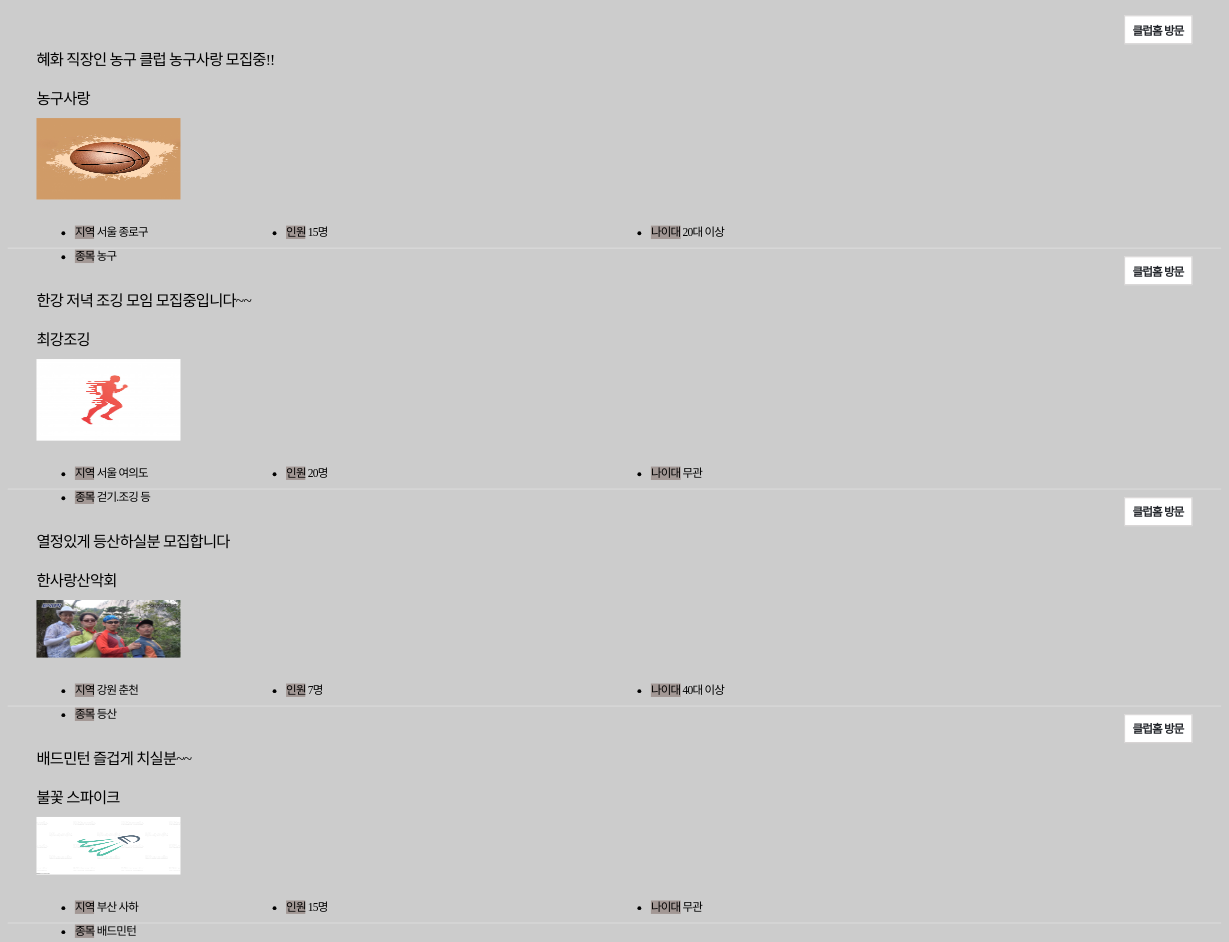
Repository: jaemin333/study
Page: club.html
These files come from the project's save history. The page is drawn as it stood at one moment and after the next save; the edit follows.
The browser window is 1280 px wide. The pictures show the whole page, at 96% of full size.

Above is the page before, as saved 2021-07-02 02:39:18.

After the next save:
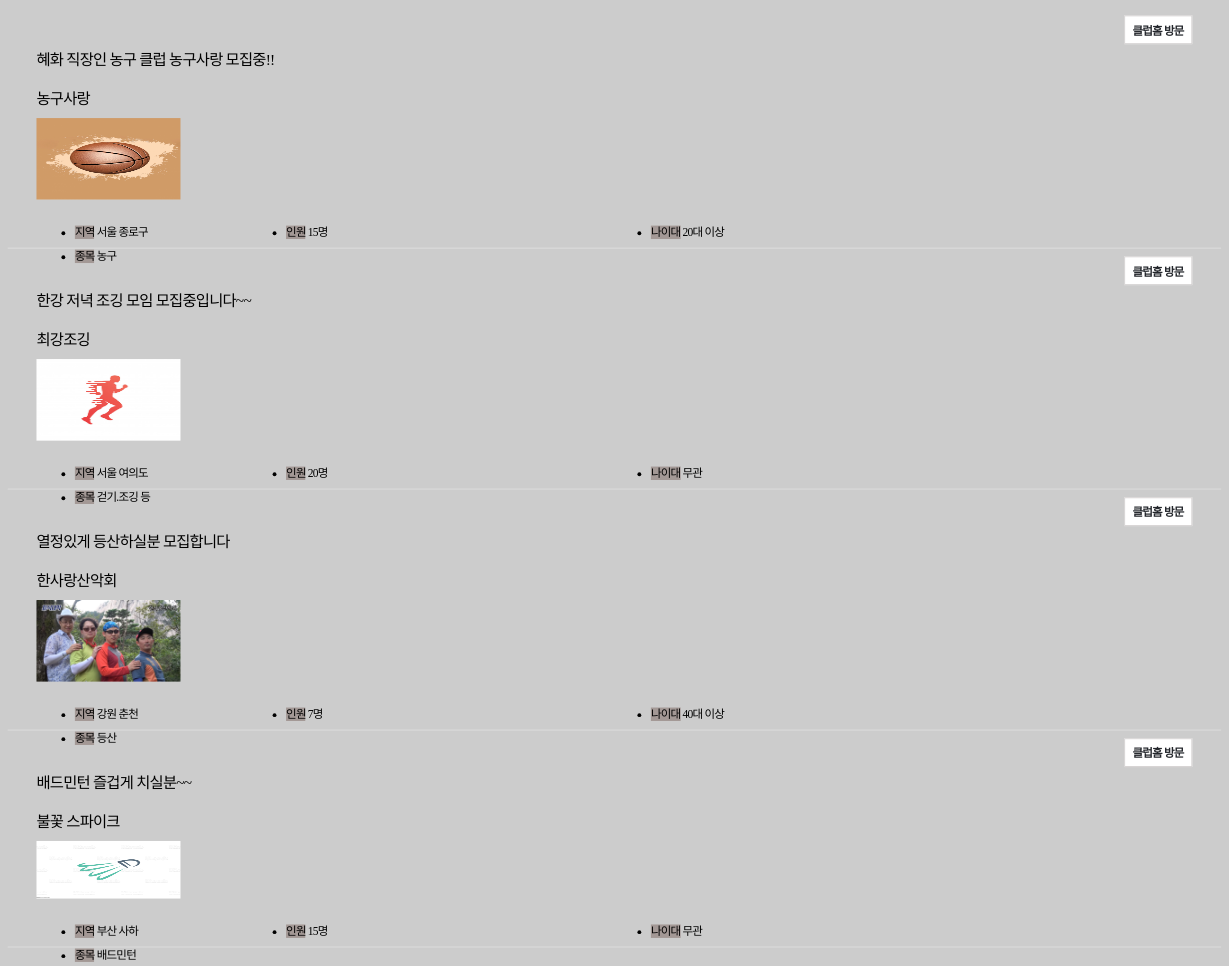
Saved 4 s later.
--- a/club.html
+++ b/club.html
@@ -95,7 +95,7 @@
             <div class ="cbInfo">
                 <div class="cbMark">
                     <span class="clubmark">
-                        <img src = "hike.png" width="150" height="60">
+                        <img src = "hike.png" width="150" height="85">
                 </div>
             <ul>
                 <li>
